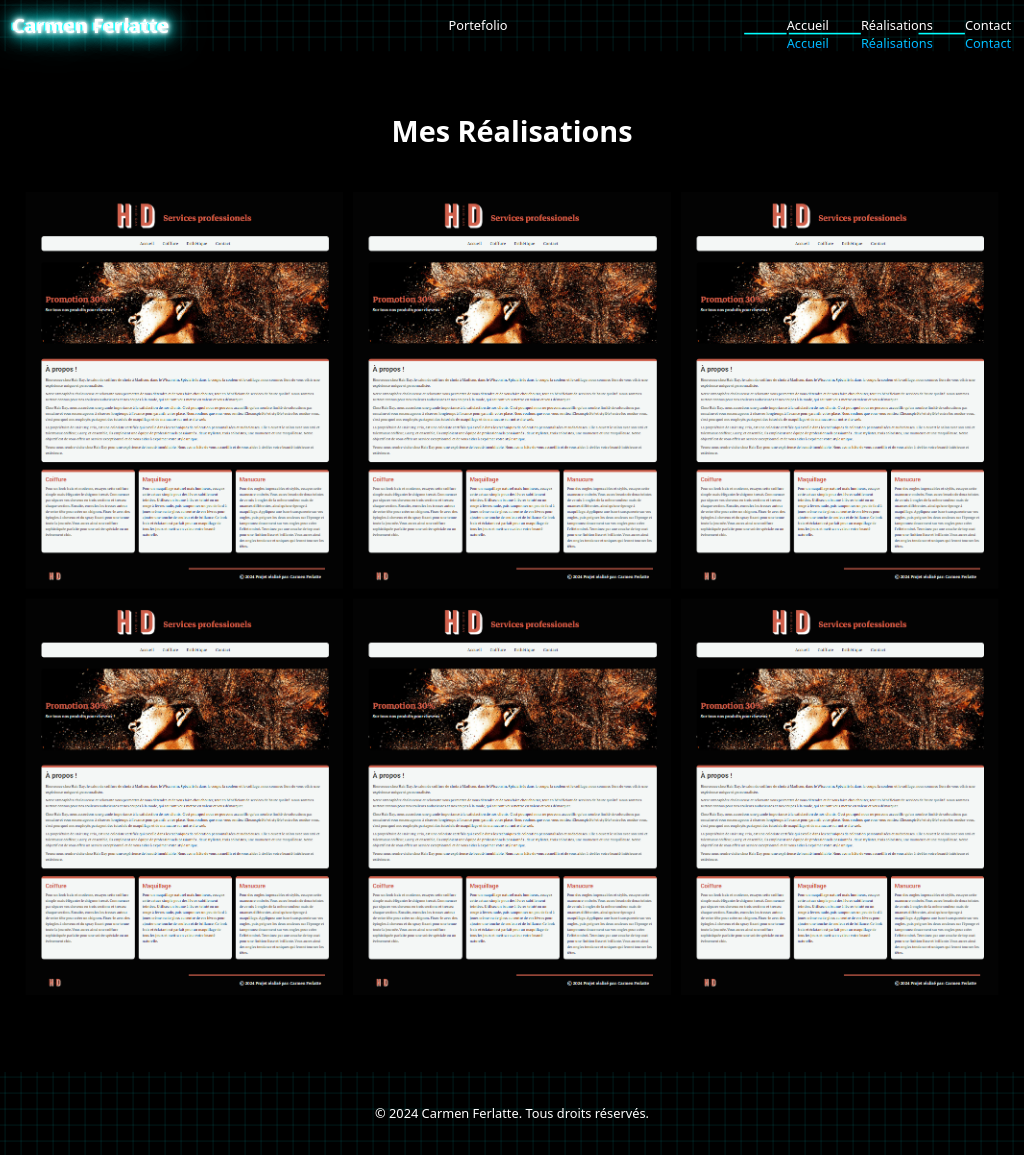
Repository: CarmenFerlatte/TP3__FerlatteCarmen
Page: realisations.html
An editor plug-in stored every save of this project. The page is shown before and after the next save, followed by the edit.
The browser window is 1280 px wide. The pictures show the whole page, at 80% of full size.
Some web libraries are served in a nearby version.

Above is the page before, as saved 2024-08-14 14:47:11.
Console error: TypeError: Cannot read properties of null (reading 'addEventListener')

### realisations.html
<!DOCTYPE html>
<html lang="fr-ca">
<head>
    <meta charset="UTF-8">
    <meta name="viewport" content="width=device-width, initial-scale=1.0">
    <link href="https://cdn.jsdelivr.net/npm/tailwindcss@2.2.19/dist/tailwind.min.css" rel="stylesheet">
    <title>Mon Portefolio</title>
    <script src="https://cdn.tailwindcss.com"></script>
    <link rel="stylesheet" href="https://cdnjs.cloudflare.com/ajax/libs/font-awesome/6.4.0/css/all.min.css">
    <link rel="stylesheet" href="css/navbar.css">
    <script src="https://code.jquery.com/jquery-3.6.0.min.js"></script>
    <script src="js/navbar.js" defer></script>
    <script src="js/script.js" defer></script>
    <script src="js/header.js" defer></script>
    <script>
        $(function(){
            $("#header").load("assets/php/header.html");
            $("#footer").load("assets/php/footer.html");
        });
    </script>
</head>

<body class="bg-black text-white h-dvh">
    <header id="header"></header>

<main>
    <section class="container mx-auto px-4 py-20">
        <h1 class="text-4xl font-bold text-center mb-10 pt-16">Mes Réalisations</h1>

        <div class="grid grid-cols-2 md:grid-cols-3 gap-3 p-4 w-full m-auto place-items-center">
            <img class="hover:opacity-75" src="img/screenshots/mon_projet__01__salon_de_coiffure.png" alt="image">
            <img class="hover:opacity-75" src="img/screenshots/mon_projet__01__salon_de_coiffure.png" alt="image">
            <img class="hover:opacity-75" src="img/screenshots/mon_projet__01__salon_de_coiffure.png" alt="image">
            <img class="hover:opacity-75" src="img/screenshots/mon_projet__01__salon_de_coiffure.png" alt="image">
            <img class="hover:opacity-75" src="img/screenshots/mon_projet__01__salon_de_coiffure.png" alt="image">
            <img class="hover:opacity-75" src="img/screenshots/mon_projet__01__salon_de_coiffure.png" alt="image">
        </div>
    </section>
</main>

    <footer id="footer"></footer>
</body>
</html>

### css/navbar.css
@keyframes neon-pulse {
    0%, 100% { text-shadow: 0 0 5px #fff, 0 0 10px #fff, 0 0 15px #fff, 0 0 20px #00ffff, 0 0 35px #00ffff, 0 0 40px #00ffff, 0 0 50px #00ffff, 0 0 75px #00ffff; }
    50% { text-shadow: 0 0 2px #fff, 0 0 5px #fff, 0 0 7px #fff, 0 0 10px #00ffff, 0 0 17px #00ffff, 0 0 20px #00ffff, 0 0 25px #00ffff, 0 0 37px #00ffff; }
}

.neon-text {
    animation: neon-pulse 1.5s infinite alternate;
}

.bg-animated {
    background: linear-gradient(-45deg, #000000, #1a1a1a, #000033, #003366);
    background-size: 400% 400%;
    animation: gradient 15s ease infinite;
}

@keyframes gradient {
    0% { background-position: 0% 50%; }
    50% { background-position: 100% 50%; }
    100% { background-position: 0% 50%; }
}

.cyber-grid {
    background-image: linear-gradient(rgba(0, 255, 255, 0.1) 1px, transparent 1px),
                      linear-gradient(90deg, rgba(0, 255, 255, 0.1) 1px, transparent 1px);
    background-size: 20px 20px;
    animation: cyber-grid-move 20s linear infinite;
}

@keyframes cyber-grid-move {
    0% { background-position: 0 0; }
    100% { background-position: 20px 20px; }
}

.nav-link {
    position: relative;
    overflow: hidden;
}

.nav-link::before {
    content: '';
    position: absolute;
    bottom: 0;
    left: 0;
    width: 100%;
    height: 2px;
    background-color: #00ffff;
    transform: translateX(-100%);
    transition: transform 0.3s ease;
}

.nav-link:hover::before {
    transform: translateX(0);
}

.nav-link::after {
    content: attr(data-text);
    position: absolute;
    top: 0;
    left: 0;
    width: 100%;
    height: 100%;
    display: flex;
    align-items: center;
    justify-content: center;
    transform: translateY(100%);
    background: linear-gradient(to bottom, #00ffff, #0080ff);
    -webkit-background-clip: text;
    -webkit-text-fill-color: transparent;
    transition: transform 0.3s ease;
}

.nav-link:hover::after {
    transform: translateY(0);
}

.glitch-effect {
    position: relative;
}

.glitch-effect::before,
.glitch-effect::after {
    content: attr(data-text);
    position: absolute;
    top: 0;
    left: 0;
    width: 100%;
    height: 100%;
    opacity: 0.8;
}

.glitch-effect::before {
    left: 2px;
    text-shadow: -2px 0 #ff00de;
    clip: rect(24px, 550px, 90px, 0);
    animation: glitch-anim 3s infinite linear alternate-reverse;
}

.glitch-effect::after {
    left: -2px;
    text-shadow: -2px 0 #00ffff;
    clip: rect(85px, 550px, 140px, 0);
    animation: glitch-anim 2s infinite linear alternate-reverse;
}

@keyframes glitch-anim {
    0% { clip: rect(39px, 9999px, 71px, 0); }
    20% { clip: rect(3px, 9999px, 5px, 0); }
    40% { clip: rect(6px, 9999px, 38px, 0); }
    60% { clip: rect(13px, 9999px, 43px, 0); }
    80% { clip: rect(44px, 9999px, 93px, 0); }
    100% { clip: rect(54px, 9999px, 47px, 0); }
}

#menu-toggle:checked ~ .menu-icon .hamburger {
    transform: rotate(45deg);
}

#menu-toggle:checked ~ .menu-icon .hamburger::before {
    transform: translateY(8px) rotate(90deg);
}

#menu-toggle:checked ~ .menu-icon .hamburger::after {
    transform: translateY(-8px) rotate(90deg);
}

.hamburger,
.hamburger::before,
.hamburger::after {
    content: '';
    display: block;
    background: #00ffff;
    height: 3px;
    width: 30px;
    transition: transform 0.5s cubic-bezier(0.23, 1, 0.32, 1);
}

.hamburger::before { transform: translateY(-8px); }
.hamburger::after { transform: translateY(8px); }

@media (max-width: 768px) {
    .menu {
        position: fixed;
        top: 60px;
        left: 0;
        width: 100%;
        height: 0;
        background: rgba(0, 0, 0, 0.9);
        overflow: hidden;
        transition: height 0.5s cubic-bezier(0.23, 1, 0.32, 1);
    }

    #menu-toggle:checked ~ .menu {
        height: calc(100vh - 60px);
    }
}

/*-------------Invisible Navbar-------------*/

.navbar-hidden {
    transform: translateY(-100%);
    transition: transform 0.3s ease-in-out;
}

### js/navbar.js
const menuToggle = document.getElementById('menu-toggle');
        const menu = document.querySelector('.menu');

        menuToggle.addEventListener('change', function() {
            if (this.checked) {
                menu.classList.remove('hidden');
                menu.classList.add('flex', 'flex-col', 'items-center', 'justify-center', 'space-y-4');
            } else {
                menu.classList.add('hidden');
                menu.classList.remove('flex', 'flex-col', 'items-center', 'justify-center', 'space-y-4');
            }
        });

        window.addEventListener('resize', function() {
            if (window.innerWidth > 768) {
                menu.classList.remove('hidden', 'flex', 'flex-col', 'items-center', 'justify-center', 'space-y-4');
                menu.classList.add('md:flex', 'md:items-center');
                menuToggle.checked = false;
            } else if (!menuToggle.checked) {
                menu.classList.add('hidden');
                menu.classList.remove('flex', 'flex-col', 'items-center', 'justify-center', 'space-y-4');
            }
        });

// Navbar hidden on scroll down


document.addEventListener('DOMContentLoaded', function () {
            // Charger le header
            $('#header').load('../assets/php/header.html', function() {
                let navbar = document.querySelector('.bg-animated');
                if (navbar) {
                    let lastScrollTop = 0;

                    window.addEventListener('scroll', function () {
                        let scrollTop = window.scrollY || document.documentElement.scrollTop;
                        if (scrollTop > lastScrollTop) {
                            // Scroll down
                            navbar.classList.add('navbar-hidden');
                        } else {
                            // Scroll up
                            navbar.classList.remove('navbar-hidden');
                        }

                        lastScrollTop = scrollTop;
                    });
                } else {
                    console.error('Navbar not found');
                }
            });

            // Charger le footer
            $('#footer').load('../assets/php/footer.html');
        });

### js/script.js
// bouton lien vers la section 1

document.addEventListener('DOMContentLoaded', function () {
    const lienButton = document.querySelector('.btn-lien');
    lienButton.addEventListener('click', function () {
        document.querySelector('#section-1').scrollIntoView({
            behavior: 'smooth'
        });
    });
});

// bouton lien page extene

document.addEventListener('DOMContentLoaded', function () {
    const lienButton = document.querySelector('.btn-lien2');
    lienButton.addEventListener('click', function () {
        window.open('https://www.facebook.com', '_blank');
    });
});

// accordeon //

let elements = document.querySelectorAll("[data-menu]");
for (let i = 0; i < elements.length; i++) {
    let main = elements[i];

    main.addEventListener("click", function () {
        let element = main.parentElement.parentElement;
        let indicators = main.querySelectorAll("img");
        let child = element.querySelector("#menu");
        let h = element.querySelector("#mainHeading>div>p");

        h.classList.toggle("font-semibold");
        child.classList.toggle("hidden");
        // console.log(indicators[0]);
        indicators[0].classList.toggle("rotate-180");
    });
}

### js/header.js
$(function () {
    $('#header').load('assets/php/header.html', function() {
        let navbar = document.querySelector('.bg-animated');
        if (navbar) {
            let lastScrollTop = 0;

            window.addEventListener('scroll', function () {
                let scrollTop = window.scrollY || document.documentElement.scrollTop;
                if (scrollTop > lastScrollTop) {
                    // Scroll down
                    navbar.classList.add('navbar-hidden');
                } else {
                    // Scroll up
                    navbar.classList.remove('navbar-hidden');
                }

                    lastScrollTop = scrollTop;
            });
        } else {
            console.error('Navbar not found');
        }
    });
    $('#footer').load('assets/php/footer.html');
});

### assets/php/header.html
<header>
    <nav class="bg-animated cyber-grid fixed w-full z-50">
        <div class="container mx-auto px-4">
            <div class="flex justify-between items-center py-4">
                <a href="#" class="text-2xl font-bold neon-text glitch-effect" data-text="Carmen Ferlatte">Carmen Ferlatte</a>
                <label for="menu-toggle">Portefolio</label>
                <input type="checkbox" id="menu-toggle" class="hidden">
                <label for="menu-toggle" class="menu-icon cursor-pointer md:hidden">
                    <span class="hamburger"></span>
                </label>
                <ul class="menu hidden md:flex md:items-center space-x-10">
                    <li><a href="index.html" class="nav-link" data-text="Accueil">Accueil</a></li>
                    <li><a href="realisations.html" class="nav-link" data-text="Réalisations">Réalisations</a></li>
                    <li><a href="contact.html" class="nav-link" data-text="Contact">Contact</a></li>
                    <!-- <li><a href="#" class="bg-gradient-to-r from-cyan-500 to-blue-500 text-white font-bold py-2 px-4 rounded hover:from-cyan-600 hover:to-blue-600 transition-all duration-300">Sign Up</a></li> -->
                </ul>
            </div>
        </div>
    </nav>
</header>

### assets/php/footer.html
<footer>
    <div class="container mx-auto px-4 py-10 cyber-grid">
        <p class="text-center text-white">© 2024 Carmen Ferlatte. Tous droits réservés.</p>
   </div>
</footer>

After the next save:
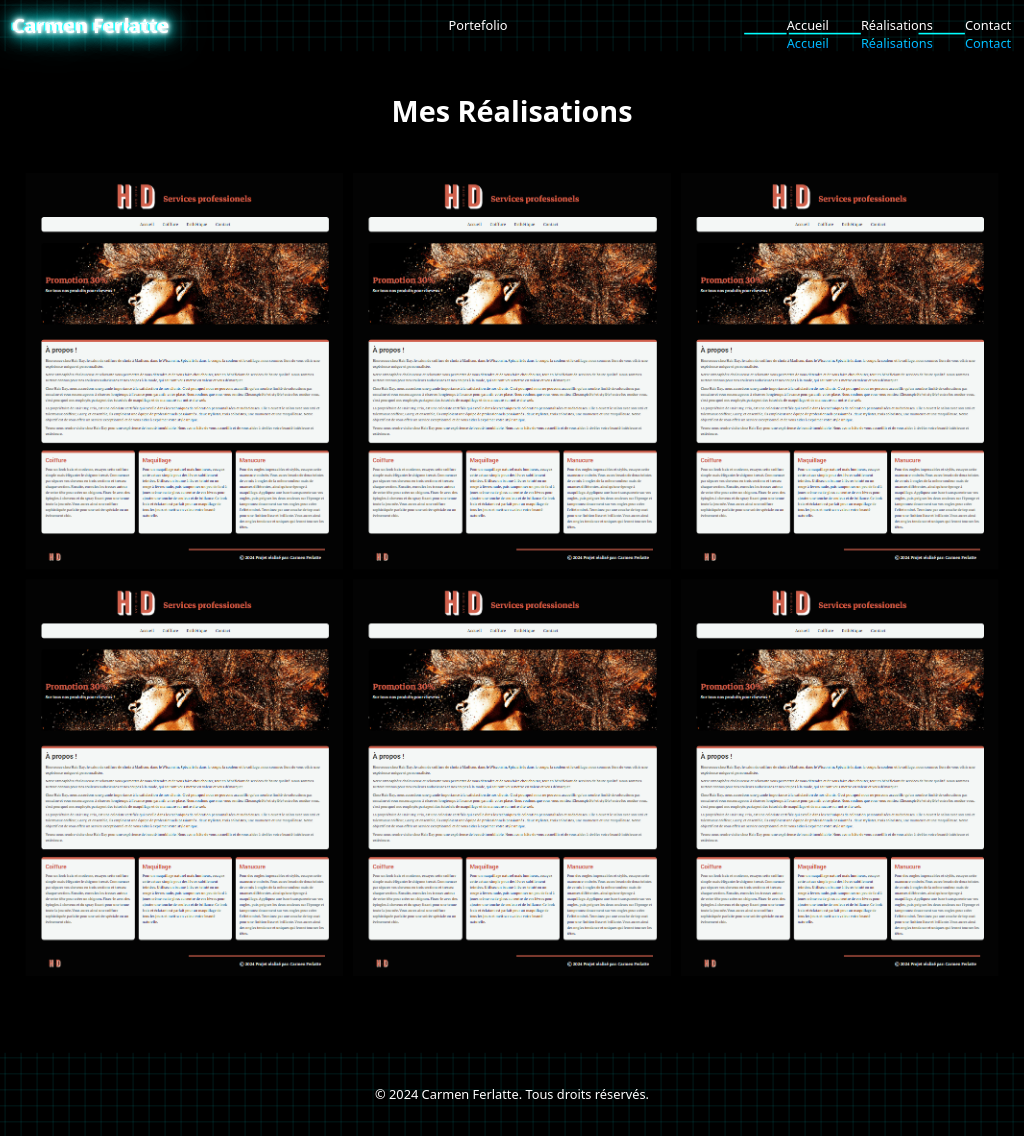
Saved 8 s later.
--- a/realisations.html
+++ b/realisations.html
@@ -25,7 +25,7 @@
 
 <main>
     <section class="container mx-auto px-4 py-20">
-        <h1 class="text-4xl font-bold text-center mb-10 pt-16">Mes Réalisations</h1>
+        <h1 class="text-4xl font-bold text-center mb-10 pt-10">Mes Réalisations</h1>
 
         <div class="grid grid-cols-2 md:grid-cols-3 gap-3 p-4 w-full m-auto place-items-center">
             <img class="hover:opacity-75" src="img/screenshots/mon_projet__01__salon_de_coiffure.png" alt="image">

After the 4 saves that followed:
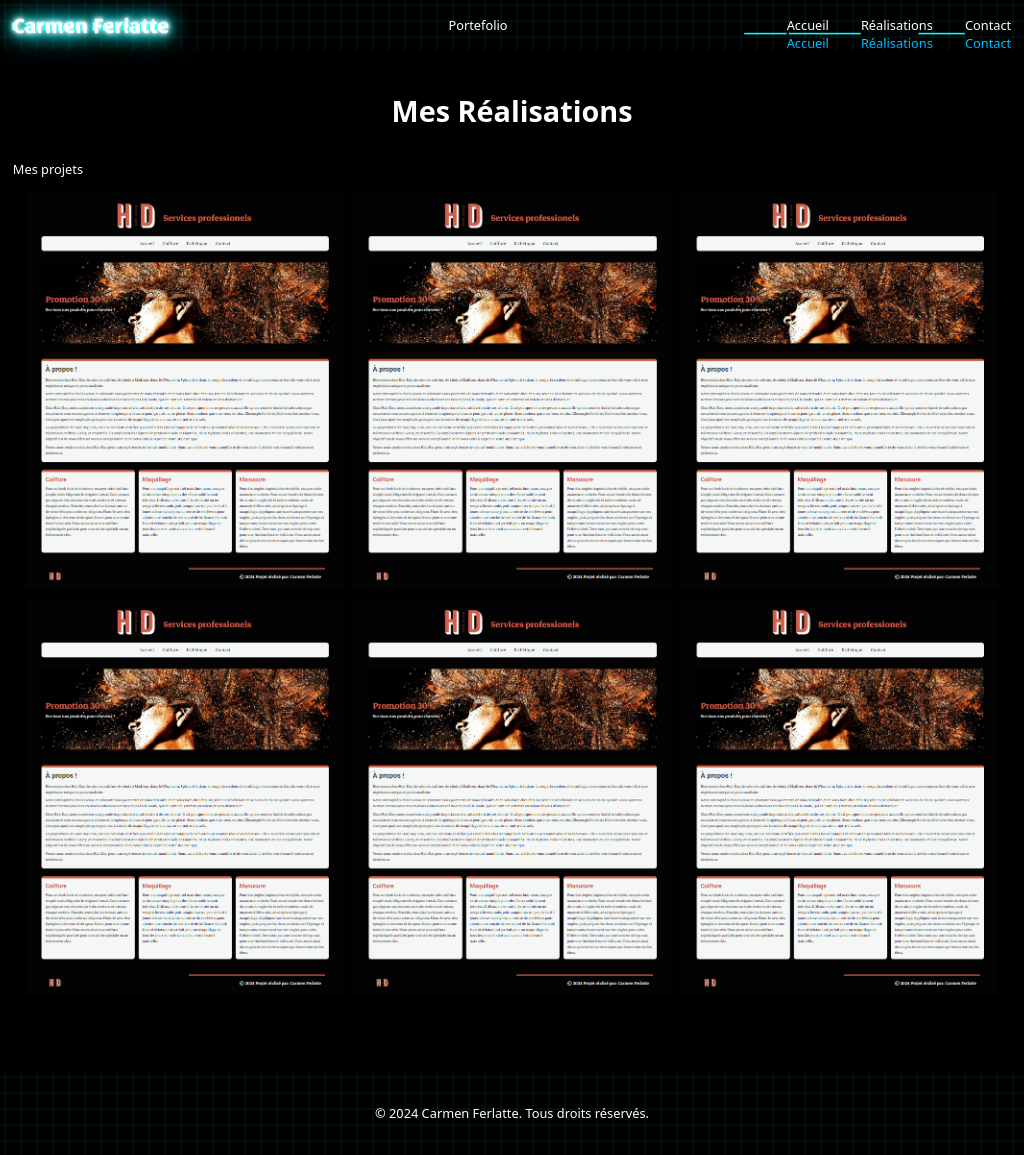
The 4 saves are shown as one change because 2 left the picture as it was and some came seconds apart.
The last was saved 22 s later.
--- a/realisations.html
+++ b/realisations.html
@@ -26,6 +26,7 @@
 <main>
     <section class="container mx-auto px-4 py-20">
         <h1 class="text-4xl font-bold text-center mb-10 pt-10">Mes Réalisations</h1>
+        <h2>Mes projets</h2>
 
         <div class="grid grid-cols-2 md:grid-cols-3 gap-3 p-4 w-full m-auto place-items-center">
             <img class="hover:opacity-75" src="img/screenshots/mon_projet__01__salon_de_coiffure.png" alt="image">
